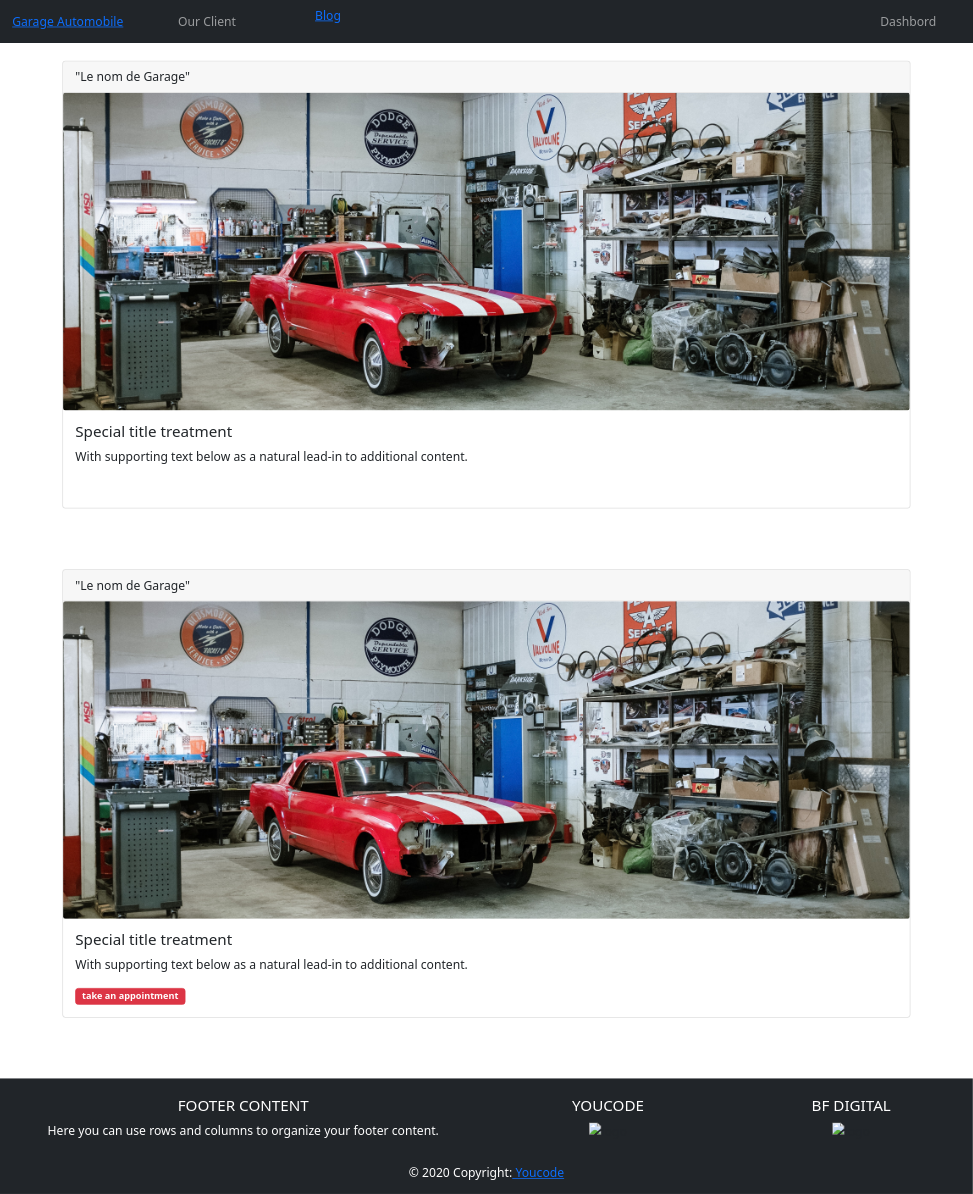
Repository: abdelhak-f/Fil-Rouge
Page: /Blog (app in client/)
The author's editor kept a copy of each file at every save. The page is drawn from the files as they stood at one save, then again after the next save.
The browser window is 1280 px wide. The pictures show the whole page, at 76% of full size.
The project was rebuilt for these pictures with package versions that can differ from the ones it lists, and the page was loaded fresh each time. Also part of the build but not shown: client/src/components/Text.jsx, client/src/components/forms/FirstFrontForm.jsx, client/src/components/Body.jsx.

Above is the page before, as saved 2021-09-08 15:25:04.

After the next save:
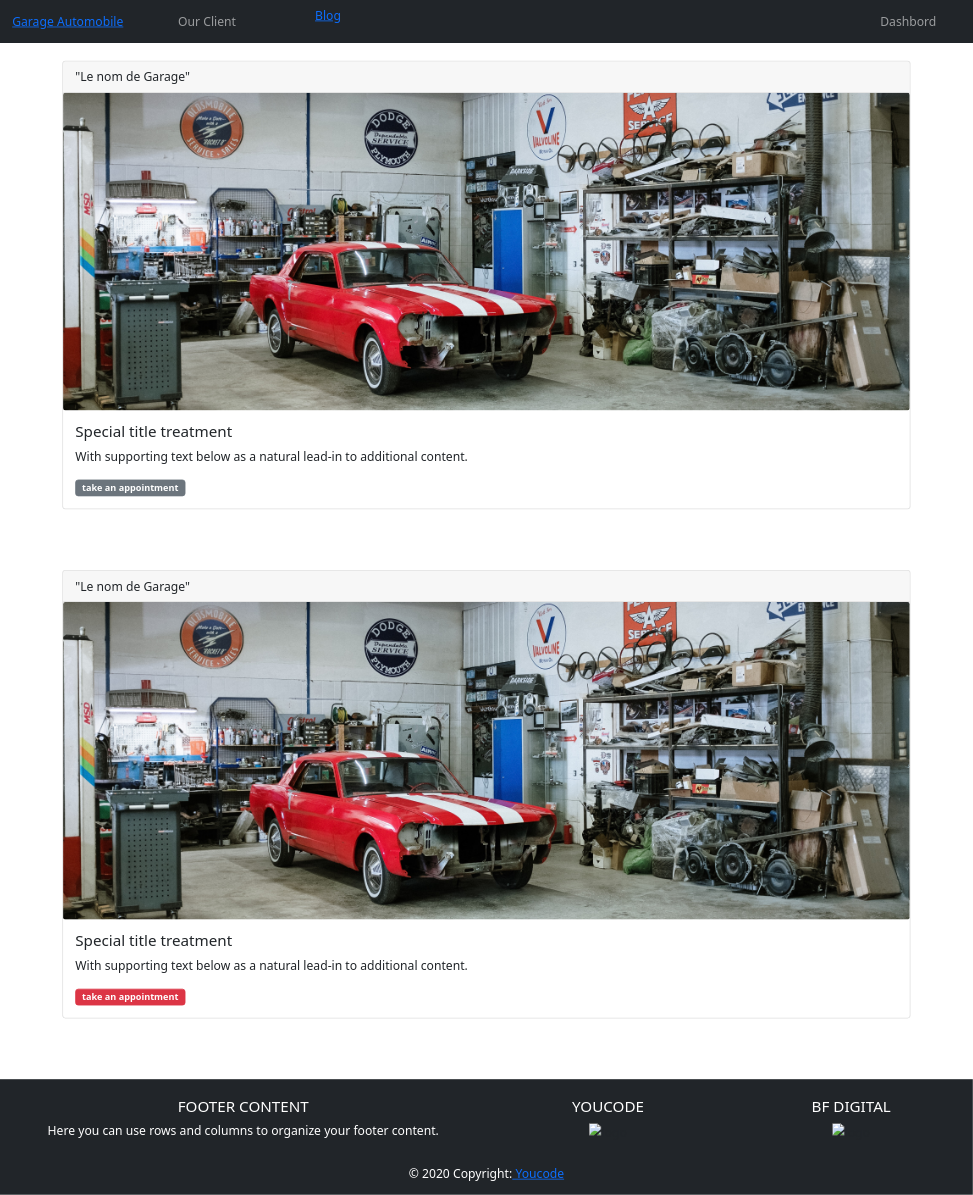
Saved 12 s later.
--- a/client/src/components/Blog.jsx
+++ b/client/src/components/Blog.jsx
@@ -19,9 +19,9 @@ function Blog() {
                  With supporting text below as a natural lead-in to additional content.
             </Card.Text>
             <div>
-            <Badge className="badge badge-pill" variant="secondary" text="dark" >
+            <Button className="badge badge-pill" variant="secondary" text="dark" >
                take an appointment
-            </Badge>
+            </Button>
             </div>
 
 
